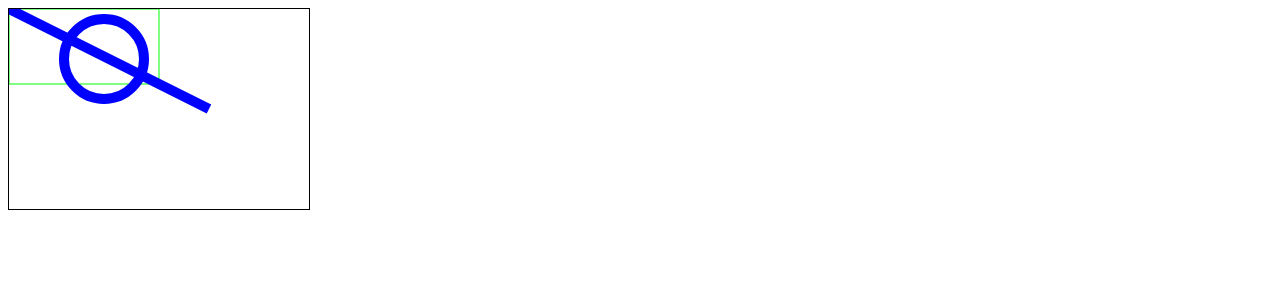
Repository: BhardwajMonika/core-java
Page: HTML2/WebContent/Canvas1.html
An editor plug-in stored every save of this project. The page is shown before and after the next save, followed by the edit.
The browser window is 1280 px wide. The pictures show the whole page.

Above is the page before, as saved 2019-02-27 09:26:55.

### HTML2/WebContent/Canvas1.html
<!DOCTYPE html>
<html>
<head>


<meta charset="ISO-8859-1">
<title>canvas</title>
</head>
<body>

	<canvas id="myCanvas" width="300" height="200"
		style="border: 1px solid #000000;">
</canvas>
<script>
	var c = document.getElementById("myCanvas");
	var ctx = c.getContext("2d");


	ctx.drawStyle = "#FF0000";
	ctx.strokeStyle="#00FF00";
	ctx.strokeRect(0, 0, 150, 75);

	ctx.beginPath();
	ctx.strokeStyle="#FF0000"
	ctx.arc(95,50,40,0,2*Math.PI);
	ctx.stroke();

	ctx.moveTo(0,0);
	ctx.lineTo(200,100);
	ctx.lineWidth=10;

	ctx.strokeStyle='#0000ff';
	ctx.stroke();
</script>

</body>
</html>

After the next save:
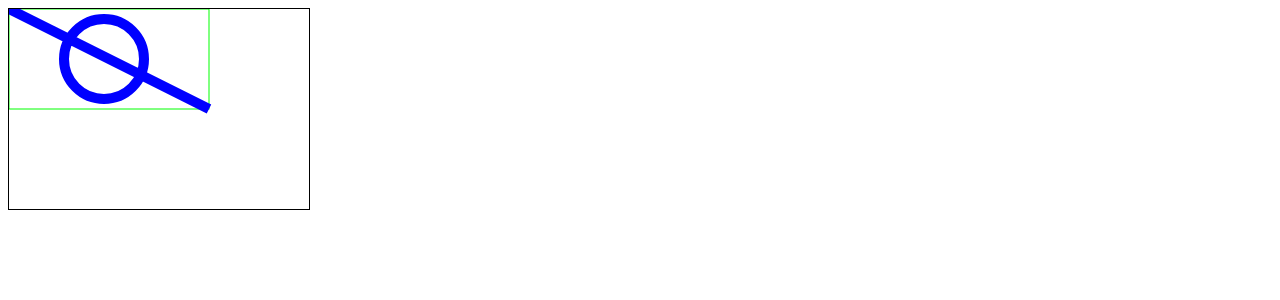
Saved 2 min 8 s later.
--- a/HTML2/WebContent/Canvas1.html
+++ b/HTML2/WebContent/Canvas1.html
@@ -18,7 +18,7 @@
 
 	ctx.drawStyle = "#FF0000";
 	ctx.strokeStyle="#00FF00";
-	ctx.strokeRect(0, 0, 150, 75);
+	ctx.strokeRect(0, 0, 200, 100);
 
 	ctx.beginPath();
 	ctx.strokeStyle="#FF0000"
